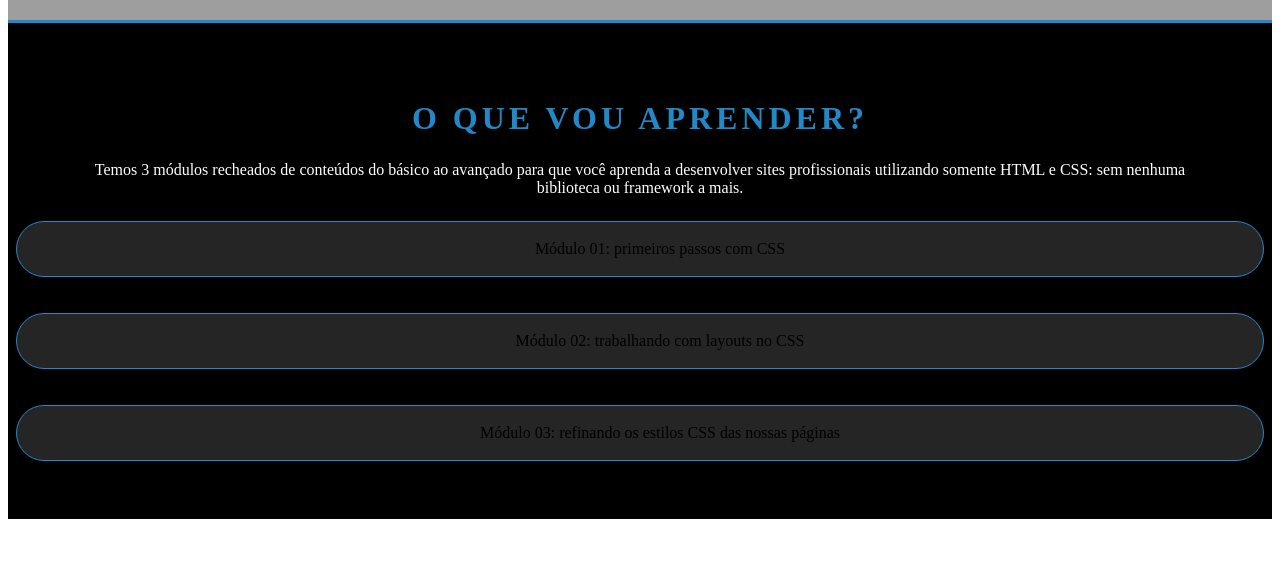
Repository: gustavotwist/trilha-css-desafio-01
Page: index.html
An editor plug-in stored every save of this project. The page is shown before and after a run of saves, followed by the edit.
The browser window is 1280 px wide. The pictures show the part of the page from y = 619 to 1188 px (the page is 3008 px tall before and 2958 px after).
Pictures or frames that could not be fetched are drawn as grey boxes. A picture or video elsewhere on the page could not be fetched, so the positions and the page height are approximate.

Above is the page before, as saved 2024-07-16 18:58:25.

After the next 2 saves:
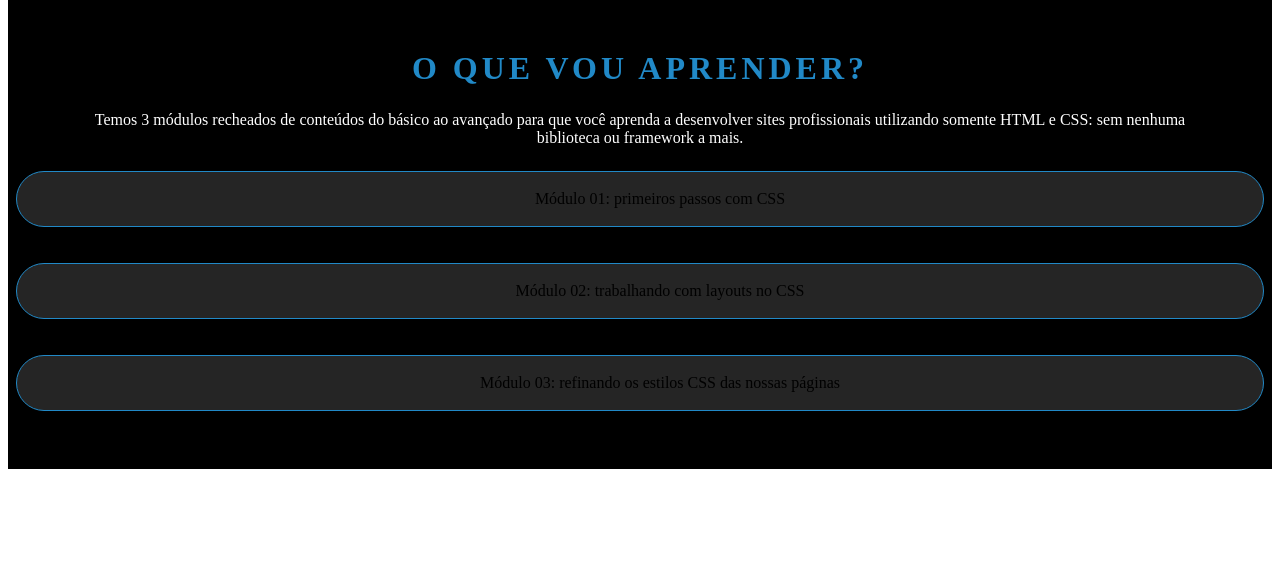
The 2 saves are shown as one change because they came seconds apart.
The last was saved 13 s later.
--- a/global.css
+++ b/global.css
@@ -2,7 +2,7 @@
     background:url('/assets/images/banner.png'), no-repeat, linear-gradient(to bottom, #030709, #030709 10%, #0a1b23 50%, #030709 95%);
     color:white;
     background-size: cover;
-    height: 600px;
+    height: 550px;
     padding-top: 60px;
     border-bottom: 1px solid #33A8DB80;
 }
